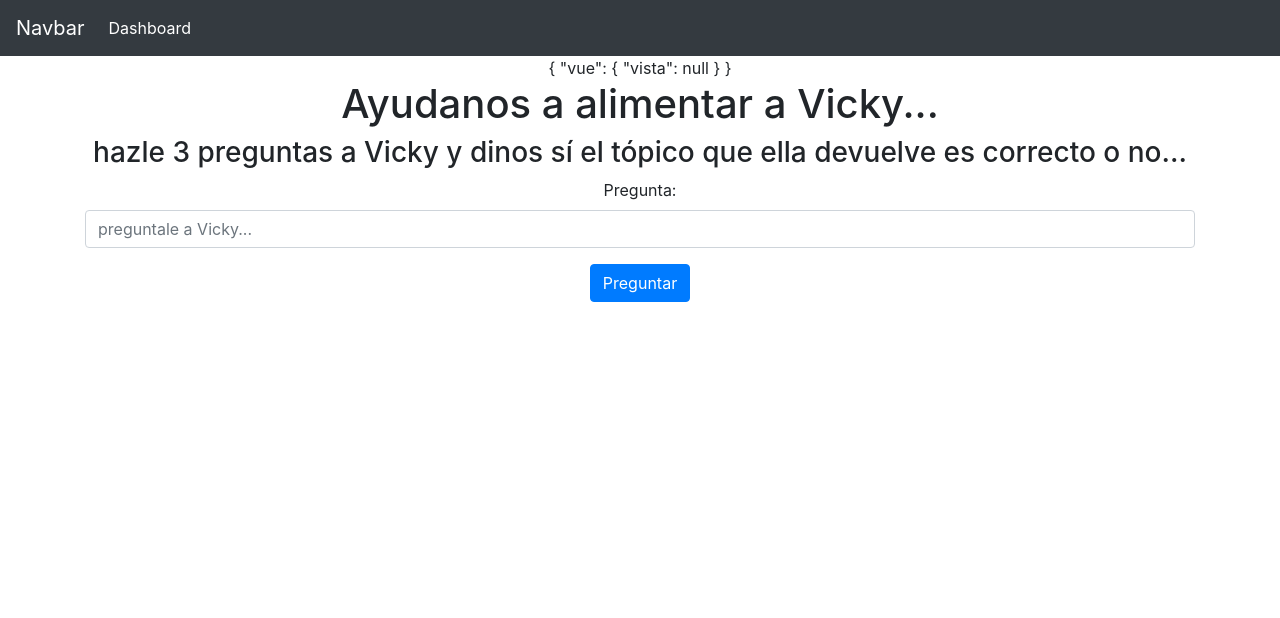
Repository: Crixtiancub/feedback_Vicky
Page: http://localhost/
The author's editor kept a copy of each file at every save. The page is drawn from the files as they stood at one save, then again after the next save.
The browser window is 1280 px wide. The pictures show the whole page.
The page is served by the project's application, run on Django 3.2 (manage.py).

Above is the page before, as saved 2021-05-12 14:45:33.

After the next save:
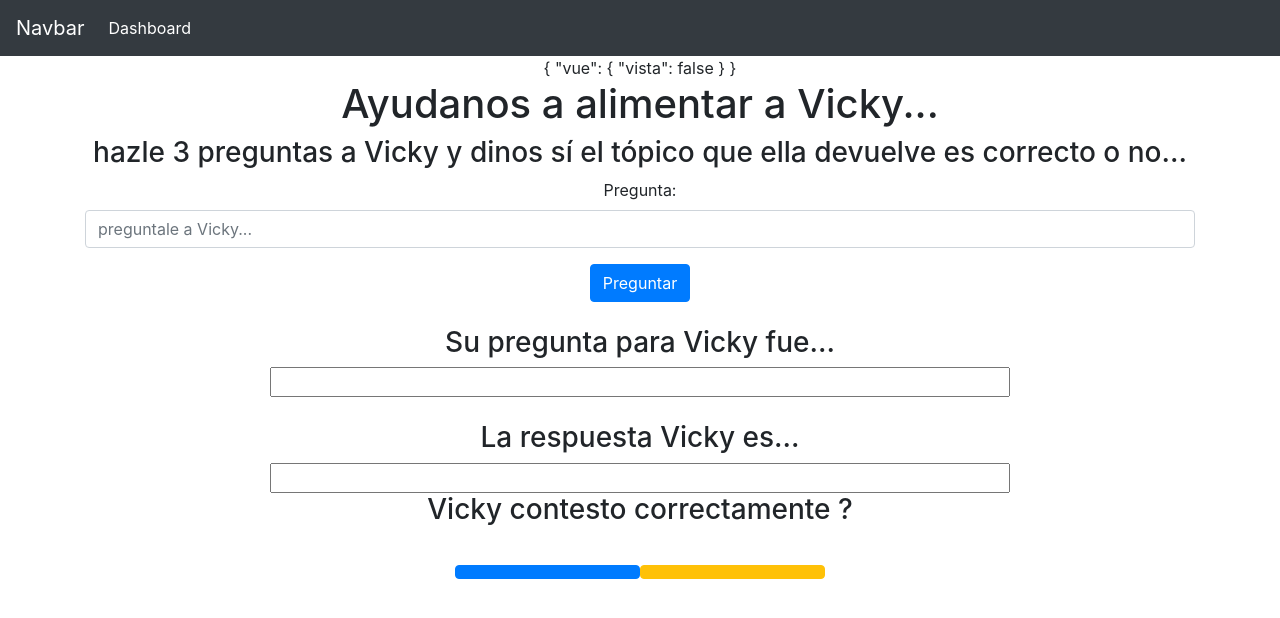
Saved 106 s later.
--- a/vicky/templates/dashboard.html
+++ b/vicky/templates/dashboard.html
@@ -13,7 +13,7 @@
         devuelve es correcto o no...</h3>
 
     <form id="preguntar_Vicky" action="{% url 'home' %}"
-    :submit.prevent="checkForm" method="POST">
+    :submit.prevent="vue.vista = true" method="POST">
         {% csrf_token%}
 
         <div class="form-group">
@@ -32,7 +32,7 @@
 
     <div v-if="vue.vista">
 
-        <form action="{% url 'home' %}" :submit.prevent="checkForm" method="POST">
+        <form action="{% url 'home' %}" :submit.prevent="vue.vista = false" method="POST">
             {% csrf_token%}
 
             <h3>Su pregunta para Vicky fue...</h3>
@@ -75,15 +75,6 @@
             }
         },
         methods:{
-            checkForm: function (e) {
-
-                if (this.vista) {
-                    this.vista = null;
-                }
-                else{
-                    this.vista = true;
-                }
-            }
         }
     })
 </script>
